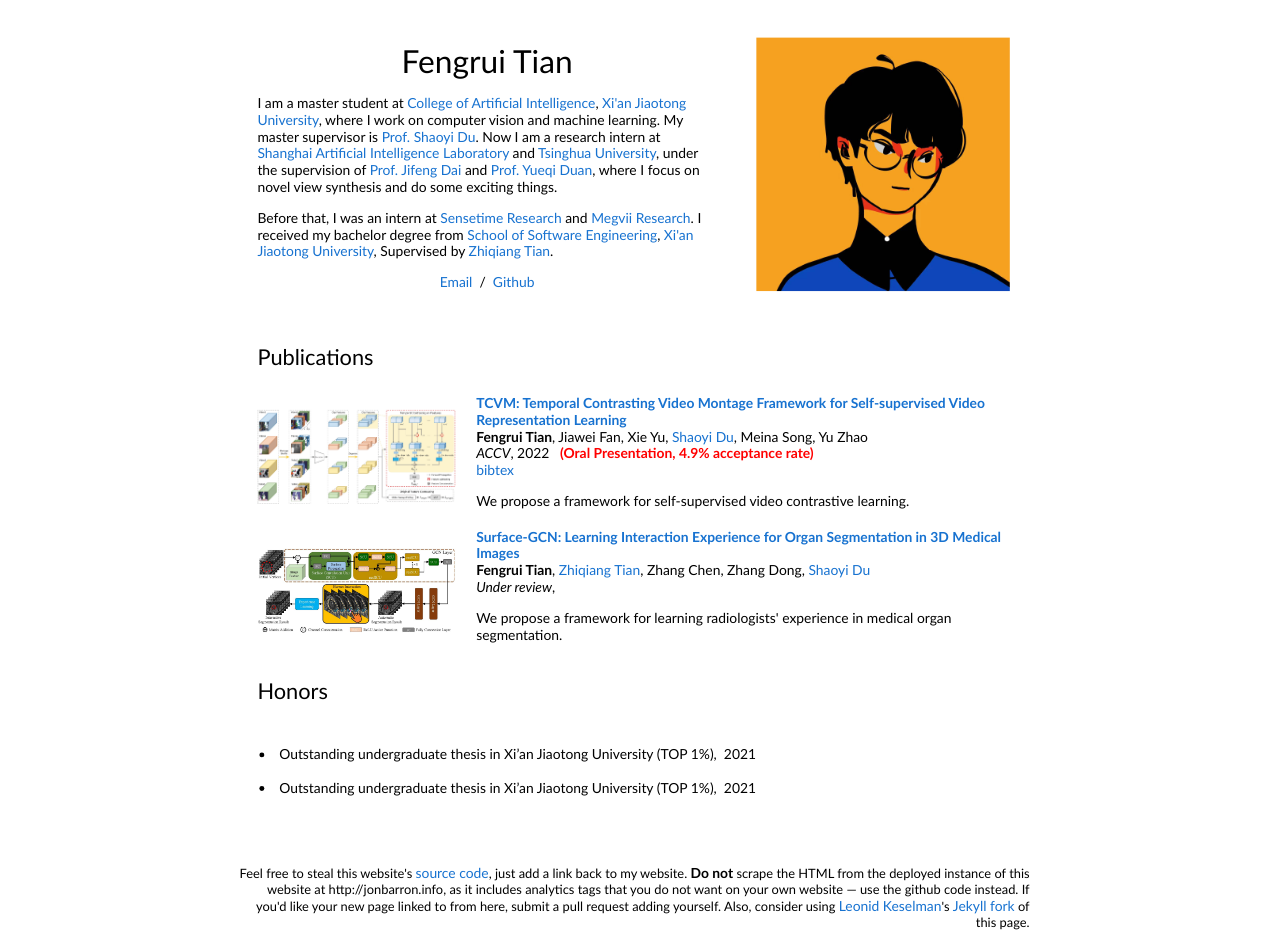
Repository: tianfr/tianfr.github.io
Page: index.html
These files come from the project's save history. The page is drawn as it stood at one moment and after the next save; the edit follows.
The browser window is 1280 px wide. The pictures show the whole page, at 99% of full size.

Above is the page before, as saved 2022-11-20 15:38:07.

### index.html
<!DOCTYPE HTML>
<html lang="en"><head><meta http-equiv="Content-Type" content="text/html; charset=UTF-8">

  <title>Fengrui Tian</title>

  <meta name="author" content="Fengrui Tian">
  <meta name="viewport" content="width=device-width, initial-scale=1">

  <link rel="stylesheet" type="text/css" href="stylesheet.css">
	<link rel="icon" href="data:[embedded picture, 141 characters]">
</head>

<body>
  <table style="width:100%;max-width:800px;border:0px;border-spacing:0px;border-collapse:separate;margin-right:auto;margin-left:auto;"><tbody>
    <tr style="padding:0px">
      <td style="padding:0px">
        <table style="width:100%;border:0px;border-spacing:0px;border-collapse:separate;margin-right:auto;margin-left:auto;"><tbody>
          <tr style="padding:0px">
            <td style="padding:2.5%;width:63%;vertical-align:middle">
              <p style="text-align:center">
                <name>Fengrui Tian</name>
              </p>
              <p>I am a master student at <a href="http://iair.xjtu.edu.cn/">College of Artificial Intelligence</a>, <a href="http://www.xjtu.edu.cn/">Xi'an Jiaotong University</a>, where I work on computer vision and machine learning. My master supervisor is <a href="https://gr.xjtu.edu.cn/en/web/dushaoyi/home">Prof. Shaoyi Du</a>. Now I am a research intern at <a href="https://www.shlab.org.cn/">Shanghai Artificial Intelligence Laboratory</a> and <a href="https://www.tsinghua.edu.cn/">Tsinghua University</a>, under the supervision of <a href="https://jifengdai.org/">Prof. Jifeng Dai</a> and  <a href="https://duanyueqi.github.io/">Prof. Yueqi Duan</a>, where I focus on novel view synthesis and do some exciting things.
              </p>
              <p> Before that, I was an intern at <a href="https://www.sensetime.com/">Sensetime Research</a> and
                <a href="https://www.megvii.com/">Megvii Research</a>. I received my bachelor degree from  <a href="https://blog.google/products/google-ar-vr/introducing-next-generation-jump/">School of Software Engineering</a>, <a href="http://www.xjtu.edu.cn/">Xi'an Jiaotong University</a>, Supervised by <a href="https://gr.xjtu.edu.cn/en/web/zhiqiangtian/home">Zhiqiang Tian</a>.
              </p>
              <p style="text-align:center">
                <a href="mailto:tianfr@stu.xjtu.edu.cn">Email</a> &nbsp/&nbsp
                <!-- <a href="data/JonBarron-CV.pdf">CV</a> &nbsp/&nbsp -->
                <!-- <a href="data/JonBarron-bio.txt">Bio</a> &nbsp/&nbsp -->
                <!-- <a href="https://scholar.google.com/citations?hl=en&user=jktWnL8AAAAJ">Google Scholar</a> &nbsp/&nbsp -->
                <!-- <a href="https://twitter.com/jon_barron">Twitter</a> &nbsp/&nbsp -->
                <a href="https://github.com/tianfr/">Github</a>
              </p>
            </td>
            <td style="padding:2.5%;width:40%;max-width:40%">
              <a href="images/Fengrui_Tian_avatar.jpg"><img style="width:100%;max-width:100%" alt="profile photo" src="images/Fengrui_Tian_avatar.jpg" class="hoverZoomLink"></a>
            </td>
          </tr>
        <!-- </tbody></table>
        <table style="width:100%;border:0px;border-spacing:0px;border-collapse:separate;margin-right:auto;margin-left:auto;"><tbody>
            <tr>
            <td style="padding:20px;width:100%;vertical-align:middle">
              <heading>Research</heading>
              <p>
                I'm interested in computer vision, machine learning, optimization, and image processing. Much of my research is about inferring the physical world (shape, motion, color, light, etc) from images. Representative papers are <span class="highlight">highlighted</span>.
              </p>
            </td>
          </tr>
        </tbody></table> -->
        <table width="100%" align="center" border="0" cellspacing="0" cellpadding="20"><tbody>
          <tr>
            <td>
              <heading>Publications</heading>
            </td>
          </tr>
        </tbody></table>
        <table style="width:100%;border:0px;border-spacing:0px;border-collapse:separate;margin-right:auto;margin-left:auto;"><tbody>

          <tr onmouseout="dreamfusion_stop()" onmouseover="dreamfusion_start()">
            <td style="padding:20px;width:25%;vertical-align:middle">
              <img src="images/tcvm_overview.jpg" alt="prl" width="200" height="95">
            </td>
            <!-- <td style="padding:20px;width:25%;vertical-align:middle">
              <div class="one">
                <div class="two" id='dreamfusion_image'><video  width=100% height=100% muted autoplay loop>
                <source src="images/dreamfusion.mp4" type="video/mp4">
                Your browser does not support the video tag.
                </video></div>
                <img src='images/tcvm_overview.jpg' width="160">
              </div>
              <script type="text/javascript">
                function dreamfusion_start() {
                  document.getElementById('dreamfusion_image').style.opacity = "1";
                }

                function dreamfusion_stop() {
                  document.getElementById('dreamfusion_image').style.opacity = "0";
                }
                dreamfusion_stop()
              </script>
            </td> -->
            <!-- <td style="padding:20px;width:75%;vertical-align:middle"> -->
            <td width="75%" valign="middle">
              <a href="paper/22accv_tcvm.pdf">
                <papertitle>TCVM: Temporal Contrasting Video Montage Framework for Self-supervised Video Representation Learning</papertitle>
              </a>
              <br>
              <strong>Fengrui Tian</strong>,
              Jiawei Fan,
              Xie Yu,
              <a href="https://gr.xjtu.edu.cn/en/web/dushaoyi/home">Shaoyi Du</a>,
              Meina Song,
              Yu Zhao
              <br>
              <em>ACCV</em>, 2022 &nbsp <font color="red"><strong>(Oral Presentation, 4.9% acceptance rate)</strong></font>
              <br>
              <a href="data/accv22TCVM.bib">bibtex</a>
              <p></p>
              <p>
              We propose a framework for self-supervised video contrastive learning.
              </p>
            </td>
          </tr>


          <tr>
            <td style="padding:20px;width:25%;vertical-align:middle">
              <img src="images/surfacegcn.jpg" alt="prl" width="200" height="85">
            </td>
            <td width="75%" valign="middle">
              <a href="">
                <papertitle>Surface-GCN: Learning Interaction Experience for Organ Segmentation in 3D Medical Images</papertitle>
              </a>
              <br>
              <strong>Fengrui Tian</strong>,
              <a href="https://gr.xjtu.edu.cn/en/web/zhiqiangtian/home">Zhiqiang Tian</a>,
              Zhang Chen,
              Zhang Dong,
              <a href="https://gr.xjtu.edu.cn/en/web/dushaoyi/home">Shaoyi Du</a>
              <br>
              <em>Under review</em>,
              <br>
              <!-- <a href="data/BarronPRL2009.bib">bibtex</a> -->
              <p>We propose a framework for learning radiologists' experience in medical organ segmentation.</p>
            </td>
          </tr>

        </tbody></table>


        <table width="100%" align="center" border="0" cellspacing="0" cellpadding="20"><tbody>
          <tr>
            <td>
              <heading>Honors</heading>
            </td>
          </tr>
        </tbody></table>
        <table width="100%" align="center" border="0" cellpadding="20"><tbody>
          <tr>
            <td style="padding:20px;width:100%;vertical-align:middle">
              <li>Outstanding undergraduate thesis in Xi’an Jiaotong University (TOP 1%),&nbsp; 2021 </li> <br>
              <li>Outstanding undergraduate thesis in Xi’an Jiaotong University (TOP 1%),&nbsp; 2021 </li> <br>
          </td>

          </tr>


        </tbody></table>
        <table style="width:100%;border:0px;border-spacing:0px;border-collapse:separate;margin-right:auto;margin-left:auto;"><tbody>
          <tr>
            <td style="padding:0px">
              <br>
              <p style="text-align:right;font-size:small;">
                Feel free to steal this website's <a href="https://github.com/jonbarron/jonbarron_website">source code</a>,
                just add a link back to my website.
                <strong>Do not</strong> scrape the HTML from the deployed instance of this website at http://jonbarron.info,
                as it includes analytics tags that you do not want on your own website &mdash; use the github code instead.
                If you'd like your new page linked to from here, submit a pull request adding yourself.

                Also, consider using <a href="https://leonidk.com/">Leonid Keselman</a>'s <a href="https://github.com/leonidk/new_website">Jekyll fork</a> of this page.
              </p>
            </td>
          </tr>
        </tbody></table>
      </td>
    </tr>
  </table>
</body>

</html>

### stylesheet.css
/* latin-ext */
@font-face {
  font-family: 'Lato';
  font-style: italic;
  font-weight: 400;
  src: local('Lato Italic'), local('Lato-Italic'), url(https://fonts.gstatic.com/s/lato/v15/S6u8w4BMUTPHjxsAUi-qNiXg7eU0.woff2) format('woff2');
  unicode-range: U+0100-024F, U+0259, U+1E00-1EFF, U+2020, U+20A0-20AB, U+20AD-20CF, U+2113, U+2C60-2C7F, U+A720-A7FF;
}
/* latin */
@font-face {
  font-family: 'Lato';
  font-style: italic;
  font-weight: 400;
  src: local('Lato Italic'), local('Lato-Italic'), url(https://fonts.gstatic.com/s/lato/v15/S6u8w4BMUTPHjxsAXC-qNiXg7Q.woff2) format('woff2');
  unicode-range: U+0000-00FF, U+0131, U+0152-0153, U+02BB-02BC, U+02C6, U+02DA, U+02DC, U+2000-206F, U+2074, U+20AC, U+2122, U+2191, U+2193, U+2212, U+2215, U+FEFF, U+FFFD;
}
/* latin-ext */
@font-face {
  font-family: 'Lato';
  font-style: italic;
  font-weight: 700;
  src: local('Lato Bold Italic'), local('Lato-BoldItalic'), url(https://fonts.gstatic.com/s/lato/v15/S6u_w4BMUTPHjxsI5wq_FQftx9897sxZ.woff2) format('woff2');
  unicode-range: U+0100-024F, U+0259, U+1E00-1EFF, U+2020, U+20A0-20AB, U+20AD-20CF, U+2113, U+2C60-2C7F, U+A720-A7FF;
}
/* latin */
@font-face {
  font-family: 'Lato';
  font-style: italic;
  font-weight: 700;
  src: local('Lato Bold Italic'), local('Lato-BoldItalic'), url(https://fonts.gstatic.com/s/lato/v15/S6u_w4BMUTPHjxsI5wq_Gwftx9897g.woff2) format('woff2');
  unicode-range: U+0000-00FF, U+0131, U+0152-0153, U+02BB-02BC, U+02C6, U+02DA, U+02DC, U+2000-206F, U+2074, U+20AC, U+2122, U+2191, U+2193, U+2212, U+2215, U+FEFF, U+FFFD;
}
/* latin-ext */
@font-face {
  font-family: 'Lato';
  font-style: normal;
  font-weight: 400;
  src: local('Lato Regular'), local('Lato-Regular'), url(https://fonts.gstatic.com/s/lato/v15/S6uyw4BMUTPHjxAwXiWtFCfQ7A.woff2) format('woff2');
  unicode-range: U+0100-024F, U+0259, U+1E00-1EFF, U+2020, U+20A0-20AB, U+20AD-20CF, U+2113, U+2C60-2C7F, U+A720-A7FF;
}
/* latin */
@font-face {
  font-family: 'Lato';
  font-style: normal;
  font-weight: 400;
  src: local('Lato Regular'), local('Lato-Regular'), url(https://fonts.gstatic.com/s/lato/v15/S6uyw4BMUTPHjx4wXiWtFCc.woff2) format('woff2');
  unicode-range: U+0000-00FF, U+0131, U+0152-0153, U+02BB-02BC, U+02C6, U+02DA, U+02DC, U+2000-206F, U+2074, U+20AC, U+2122, U+2191, U+2193, U+2212, U+2215, U+FEFF, U+FFFD;
}
/* latin-ext */
@font-face {
  font-family: 'Lato';
  font-style: normal;
  font-weight: 700;
  src: local('Lato Bold'), local('Lato-Bold'), url(https://fonts.gstatic.com/s/lato/v15/S6u9w4BMUTPHh6UVSwaPGQ3q5d0N7w.woff2) format('woff2');
  unicode-range: U+0100-024F, U+0259, U+1E00-1EFF, U+2020, U+20A0-20AB, U+20AD-20CF, U+2113, U+2C60-2C7F, U+A720-A7FF;
}
/* latin */
@font-face {
  font-family: 'Lato';
  font-style: normal;
  font-weight: 700;
  src: local('Lato Bold'), local('Lato-Bold'), url(https://fonts.gstatic.com/s/lato/v15/S6u9w4BMUTPHh6UVSwiPGQ3q5d0.woff2) format('woff2');
  unicode-range: U+0000-00FF, U+0131, U+0152-0153, U+02BB-02BC, U+02C6, U+02DA, U+02DC, U+2000-206F, U+2074, U+20AC, U+2122, U+2191, U+2193, U+2212, U+2215, U+FEFF, U+FFFD;
}

a {
  color: #1772d0;
  text-decoration: none;
}

a:focus,
a:hover {
  color: #f09228;
  text-decoration: none;
}

body,
td,
th,
tr,
p,
a {
  font-family: 'Lato', Verdana, Helvetica, sans-serif;
  font-size: 14px
}

strong {
  font-family: 'Lato', Verdana, Helvetica, sans-serif;
  font-size: 14px;
}

heading {
  font-family: 'Lato', Verdana, Helvetica, sans-serif;
  font-size: 22px;
}

papertitle {
  font-family: 'Lato', Verdana, Helvetica, sans-serif;
  font-size: 14px;
  font-weight: 700
}

name {
  font-family: 'Lato', Verdana, Helvetica, sans-serif;
  font-size: 32px;
}

.one {
  width: 160px;
  height: 160px;
  position: relative;
}

.two {
  width: 160px;
  height: 160px;
  position: absolute;
  transition: opacity .2s ease-in-out;
  -moz-transition: opacity .2s ease-in-out;
  -webkit-transition: opacity .2s ease-in-out;
}

.fade {
  transition: opacity .2s ease-in-out;
  -moz-transition: opacity .2s ease-in-out;
  -webkit-transition: opacity .2s ease-in-out;
}

span.highlight {
  background-color: #ffffd0;
}

After the next save:
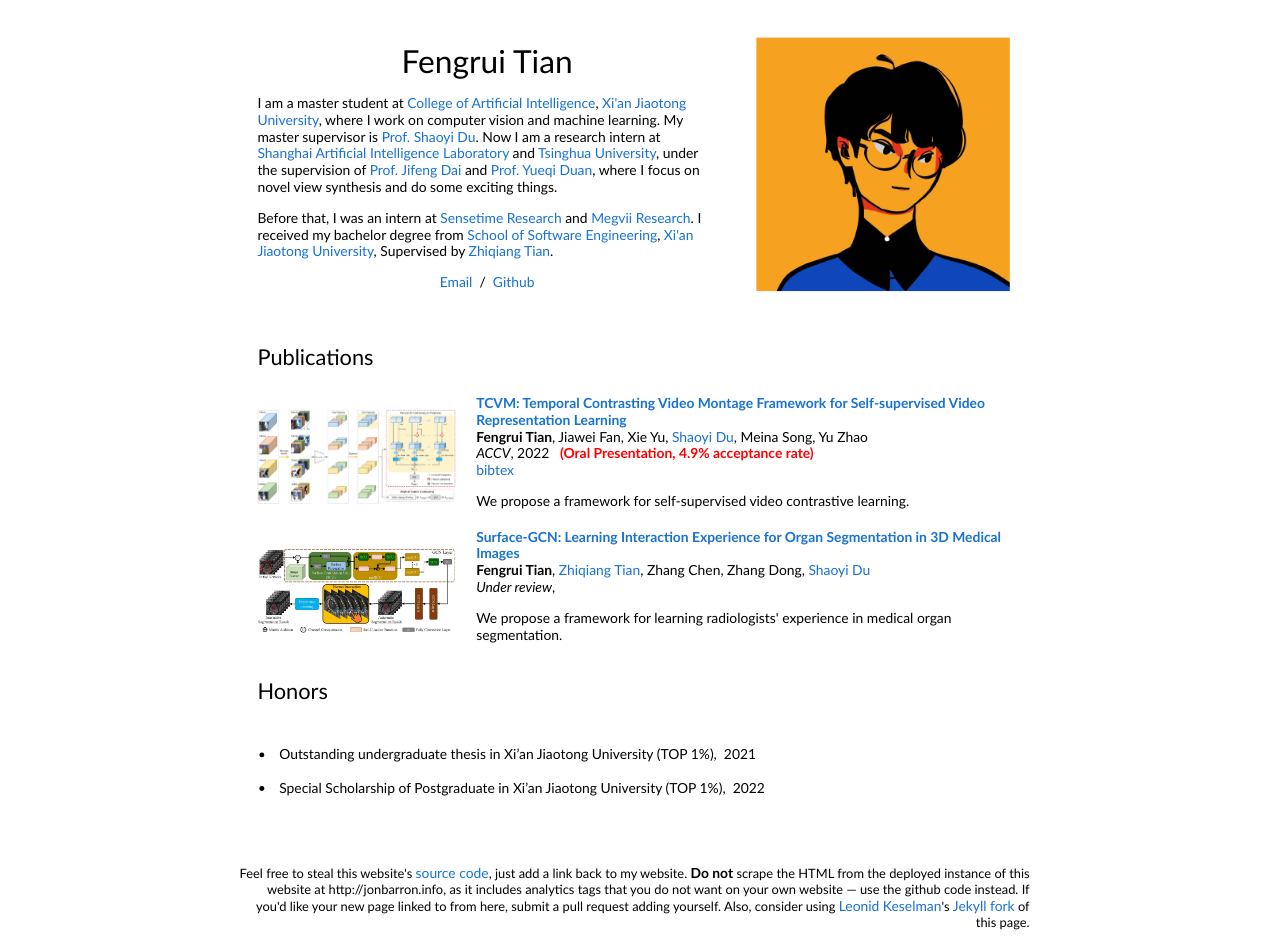
Saved 86 s later.
--- a/index.html
+++ b/index.html
@@ -141,7 +141,7 @@
           <tr>
             <td style="padding:20px;width:100%;vertical-align:middle">
               <li>Outstanding undergraduate thesis in Xi’an Jiaotong University (TOP 1%),&nbsp; 2021 </li> <br>
-              <li>Outstanding undergraduate thesis in Xi’an Jiaotong University (TOP 1%),&nbsp; 2021 </li> <br>
+              <li>Special Scholarship of Postgraduate in Xi’an Jiaotong University (TOP 1%),&nbsp; 2022 </li> <br>
           </td>
 
           </tr>
